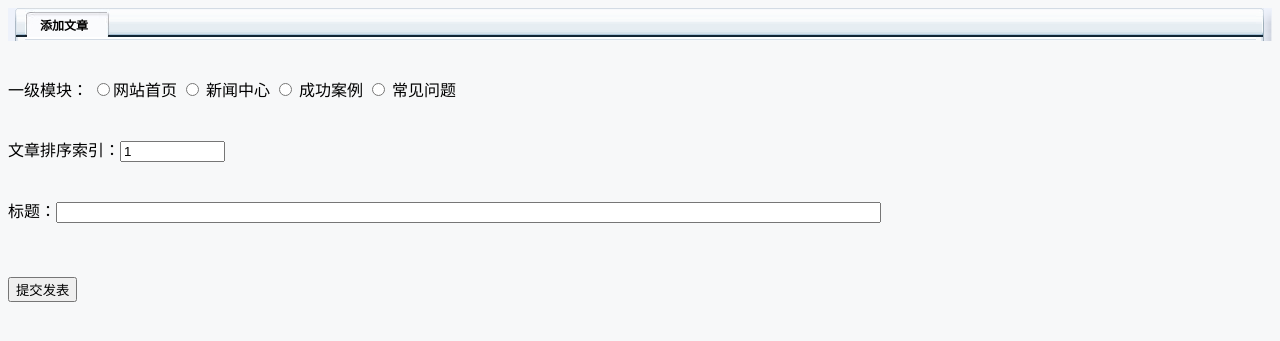
Repository: wzhcxw/shop
Page: ShopOnline/WebContent/admin/editor.html
An editor plug-in stored every save of this project. The page is shown before and after the next save, followed by the edit.
The browser window is 1280 px wide. The pictures show the whole page.

Above is the page before, as saved 2014-09-24 18:15:53.

### ShopOnline/WebContent/admin/editor.html
<!DOCTYPE html>
<!--
Copyright (c) 2003-2014, CKSource - Frederico Knabben. All rights reserved.
For licensing, see LICENSE.md or http://ckeditor.com/license
-->

<html>
<link href="../admin/images/skin.css" rel="stylesheet" type="text/css" />
<head>
	<meta charset="utf-8">
	<script src="../admin/js/ckeditor.js"></script>
	<script  src="../js/jquery-1.7.2.min.js"></script>
	<script  src="../js/jsbase64.js"></script>
	<script  src = "../js/json.js"></script>


	<script>
		var editor, html = '';
		function createEditor() {
			if ( editor ){
				return;
			}

			var config = {};
			editor = CKEDITOR.appendTo( 'editor', config, html );

		}

		var editor11 = CKEDITOR.instances.editor;

		function postss(){

			var seconduiid = $("input[name='seconduiid']:checked").val();

			var uiid = $("input[name='whichpage']:checked").val();
	        var titleValue =	document.getElementById("title").value;
	        var sortvalue =	document.getElementById("sort").value;
	        var base64 = new Base64();
	        var srccontent = base64.encode(editor.getData());
	        srccontent = srccontent.replace('+', '_');
	        srccontent = srccontent.replace('/', '-');

			var jsonStr = {seconduiid:seconduiid,sort:sortvalue,uiid:uiid,title:titleValue,content:srccontent};
			jsonStr = JSON.stringify(jsonStr);

		    $.post("./news/addnews.do",jsonStr,
		    function(data){
		      if(data.flag == "0"){
		      	alert(data.message);
		      }

		    });

		}

		function urlpser(url){
			alert("urlpser");
			var index = url.indexOf("?");
			alert(index);

			var jsonstr = url.substr(index);
			alert(jsonstr);

			var news = JSON.parse(jsonstr);
			alert(news.title);

		}

		function pase(){
			alert("pase");
			alert(this.localtion.href);
			urlpser(this.localtion.href);
		}

	</script>
</head>

<body bgcolor="#F7F8F9" id= mainbody onload ="createEditor()" >

<table width="100%" border="0" cellpadding="0" cellspacing="0">
  <tr>
    <td width="17" valign="top" background="../admin/images/mail_leftbg.gif"><img src="../admin/images/left-top-right.gif" width="17" height="29" /></td>
    <td valign="top" background="../admin/images/content-bg.gif"><table width="100%" height="31" border="0" cellpadding="0" cellspacing="0" class="left_topbg" id="table2">
      <tr>
        <td height="31"><div class="titlebt">添加文章</div></td>
      </tr>
    </table></td>
    <td width="16" valign="top" background="../admin/images/mail_rightbg.gif"><img src="../admin/images/nav-right-bg.gif" width="16" height="29" /></td>
</table>

 	<br>
	<br>
	一级模块：
	<input type="radio" onclick="writeSecondMod(this)" name="whichpage" value="home" />网站首页
	<input type="radio" onclick="writeSecondMod(this)" name="whichpage" value="news" /> 新闻中心
	<input type="radio" onclick="writeSecondMod(this)" name="whichpage" value="sucessexample" /> 成功案例
	<input type="radio" onclick="writeSecondMod(this)" name="whichpage" value="ofquestion" /> 常见问题
	<br/>

	<script type="text/javascript">

		function writeSecondMod(obj){
		if(obj.value == 'home')
   			document.getElementById("secondmod").innerHTML = '<body id = "secondemodd">二级模块：<input type="radio" name="seconduiid" value="newss" />新闻中心<input type="radio" name="seconduiid" value="sucessexamples" />成功案例</body>';
		else
			document.getElementById('secondmod').innerHTML = "";
		}
	</script>
	<div id="secondmod"> </div>
		<br/>
		文章排序索引：<input id="sort" value="1" size="10" type="text"><br>
	<br>
	<br/>
		标题：<input id="title" size="100" type="text"><br>
	<br>
	<br>
		<div id="editor">
		</div><br>
	<!-- This div will hold the editor. -->

		<button size="20" onclick="postss()" id="button">提交发表</button>
	<br>
	<br>
	<br>
	<br/>
	<br/>
	<br/>
	<br>
	<h1></h1>


</body>

</html>

### ShopOnline/WebContent/js/jsbase64.js
/**
 * base64 de   en,
 */

function Base64() {

    // private property
    _keyStr = "ABCDEFGHIJKLMNOPQRSTUVWXYZabcdefghijklmnopqrstuvwxyz0123456789+/=";

    // public method for encoding
    this.encode = function (input) {
        var output = "";
        var chr1, chr2, chr3, enc1, enc2, enc3, enc4;
        var i = 0;
        input = _utf8_encode(input);
        while (i < input.length) {
            chr1 = input.charCodeAt(i++);
            chr2 = input.charCodeAt(i++);
            chr3 = input.charCodeAt(i++);
            enc1 = chr1 >> 2;
            enc2 = ((chr1 & 3) << 4) | (chr2 >> 4);
            enc3 = ((chr2 & 15) << 2) | (chr3 >> 6);
            enc4 = chr3 & 63;
            if (isNaN(chr2)) {
                enc3 = enc4 = 64;
            } else if (isNaN(chr3)) {
                enc4 = 64;
            }
            output = output +
            _keyStr.charAt(enc1) + _keyStr.charAt(enc2) +
            _keyStr.charAt(enc3) + _keyStr.charAt(enc4);
        }

        return output;
    }

    // public method for decoding
    this.decode = function (input) {
        var output = "";
        var chr1, chr2, chr3;
        var enc1, enc2, enc3, enc4;
        var i = 0;
        input = input.replace(/[^A-Za-z0-9\+\/\=]/g, "");
        while (i < input.length) {
            enc1 = _keyStr.indexOf(input.charAt(i++));
            enc2 = _keyStr.indexOf(input.charAt(i++));
            enc3 = _keyStr.indexOf(input.charAt(i++));
            enc4 = _keyStr.indexOf(input.charAt(i++));
            chr1 = (enc1 << 2) | (enc2 >> 4);
            chr2 = ((enc2 & 15) << 4) | (enc3 >> 2);
            chr3 = ((enc3 & 3) << 6) | enc4;
            output = output + String.fromCharCode(chr1);
            if (enc3 != 64) {
                output = output + String.fromCharCode(chr2);
            }
            if (enc4 != 64) {
                output = output + String.fromCharCode(chr3);
            }
        }
        output = _utf8_decode(output);
        return output;
    }

    // private method for UTF-8 encoding
    _utf8_encode = function (string) {
        string = string.replace(/\r\n/g,"\n");
        var utftext = "";
        for (var n = 0; n < string.length; n++) {
            var c = string.charCodeAt(n);
            if (c < 128) {
                utftext += String.fromCharCode(c);
            } else if((c > 127) && (c < 2048)) {
                utftext += String.fromCharCode((c >> 6) | 192);
                utftext += String.fromCharCode((c & 63) | 128);
            } else {
                utftext += String.fromCharCode((c >> 12) | 224);
                utftext += String.fromCharCode(((c >> 6) & 63) | 128);
                utftext += String.fromCharCode((c & 63) | 128);
            }

        }
        return utftext;
    }

    // private method for UTF-8 decoding
    _utf8_decode = function (utftext) {
        var string = "";
        var i = 0;
        var c = c1 = c2 = 0;
        while ( i < utftext.length ) {
            c = utftext.charCodeAt(i);
            if (c < 128) {
                string += String.fromCharCode(c);
                i++;
            } else if((c > 191) && (c < 224)) {
                c2 = utftext.charCodeAt(i+1);
                string += String.fromCharCode(((c & 31) << 6) | (c2 & 63));
                i += 2;
            } else {
                c2 = utftext.charCodeAt(i+1);
                c3 = utftext.charCodeAt(i+2);
                string += String.fromCharCode(((c & 15) << 12) | ((c2 & 63) << 6) | (c3 & 63));
                i += 3;
            }
        }
        return string;
    }
}

### ShopOnline/WebContent/js/json.js
/**
 *
 */

/*
    json2.js
    2014-02-04

    Public Domain.

    NO WARRANTY EXPRESSED OR IMPLIED. USE AT YOUR OWN RISK.

    See http://www.JSON.org/js.html


    This code should be minified before deployment.
    See http://javascript.crockford.com/jsmin.html

    USE YOUR OWN COPY. IT IS EXTREMELY UNWISE TO LOAD CODE FROM SERVERS YOU DO
    NOT CONTROL.


    This file creates a global JSON object containing two methods: stringify
    and parse.

        JSON.stringify(value, replacer, space)
            value       any JavaScript value, usually an object or array.

            replacer    an optional parameter that determines how object
                        values are stringified for objects. It can be a
                        function or an array of strings.

            space       an optional parameter that specifies the indentation
                        of nested structures. If it is omitted, the text will
                        be packed without extra whitespace. If it is a number,
                        it will specify the number of spaces to indent at each
                        level. If it is a string (such as '\t' or '&nbsp;'),
                        it contains the characters used to indent at each level.

            This method produces a JSON text from a JavaScript value.

            When an object value is found, if the object contains a toJSON
            method, its toJSON method will be called and the result will be
            stringified. A toJSON method does not serialize: it returns the
            value represented by the name/value pair that should be serialized,
            or undefined if nothing should be serialized. The toJSON method
            will be passed the key associated with the value, and this will be
            bound to the value

            For example, this would serialize Dates as ISO strings.

                Date.prototype.toJSON = function (key) {
                    function f(n) {
                        // Format integers to have at least two digits.
                        return n < 10 ? '0' + n : n;
                    }

                    return this.getUTCFullYear()   + '-' +
                         f(this.getUTCMonth() + 1) + '-' +
                         f(this.getUTCDate())      + 'T' +
                         f(this.getUTCHours())     + ':' +
                         f(this.getUTCMinutes())   + ':' +
                         f(this.getUTCSeconds())   + 'Z';
                };

            You can provide an optional replacer method. It will be passed the
            key and value of each member, with this bound to the containing
            object. The value that is returned from your method will be
            serialized. If your method returns undefined, then the member will
            be excluded from the serialization.

            If the replacer parameter is an array of strings, then it will be
            used to select the members to be serialized. It filters the results
            such that only members with keys listed in the replacer array are
            stringified.

            Values that do not have JSON representations, such as undefined or
            functions, will not be serialized. Such values in objects will be
            dropped; in arrays they will be replaced with null. You can use
            a replacer function to replace those with JSON values.
            JSON.stringify(undefined) returns undefined.

            The optional space parameter produces a stringification of the
            value that is filled with line breaks and indentation to make it
            easier to read.

            If the space parameter is a non-empty string, then that string will
            be used for indentation. If the space parameter is a number, then
            the indentation will be that many spaces.

            Example:

            text = JSON.stringify(['e', {pluribus: 'unum'}]);
            // text is '["e",{"pluribus":"unum"}]'


            text = JSON.stringify(['e', {pluribus: 'unum'}], null, '\t');
            // text is '[\n\t"e",\n\t{\n\t\t"pluribus": "unum"\n\t}\n]'

            text = JSON.stringify([new Date()], function (key, value) {
                return this[key] instanceof Date ?
                    'Date(' + this[key] + ')' : value;
            });
            // text is '["Date(---current time---)"]'


        JSON.parse(text, reviver)
            This method parses a JSON text to produce an object or array.
            It can throw a SyntaxError exception.

            The optional reviver parameter is a function that can filter and
            transform the results. It receives each of the keys and values,
            and its return value is used instead of the original value.
            If it returns what it received, then the structure is not modified.
            If it returns undefined then the member is deleted.

            Example:

            // Parse the text. Values that look like ISO date strings will
            // be converted to Date objects.

            myData = JSON.parse(text, function (key, value) {
                var a;
                if (typeof value === 'string') {
                    a =
/^(\d{4})-(\d{2})-(\d{2})T(\d{2}):(\d{2}):(\d{2}(?:\.\d*)?)Z$/.exec(value);
                    if (a) {
                        return new Date(Date.UTC(+a[1], +a[2] - 1, +a[3], +a[4],
                            +a[5], +a[6]));
                    }
                }
                return value;
            });

            myData = JSON.parse('["Date(09/09/2001)"]', function (key, value) {
                var d;
                if (typeof value === 'string' &&
                        value.slice(0, 5) === 'Date(' &&
                        value.slice(-1) === ')') {
                    d = new Date(value.slice(5, -1));
                    if (d) {
                        return d;
                    }
                }
                return value;
            });


    This is a reference implementation. You are free to copy, modify, or
    redistribute.
*/

/*jslint evil: true, regexp: true */

/*members "", "\b", "\t", "\n", "\f", "\r", "\"", JSON, "\\", apply,
    call, charCodeAt, getUTCDate, getUTCFullYear, getUTCHours,
    getUTCMinutes, getUTCMonth, getUTCSeconds, hasOwnProperty, join,
    lastIndex, length, parse, prototype, push, replace, slice, stringify,
    test, toJSON, toString, valueOf
*/


// Create a JSON object only if one does not already exist. We create the
// methods in a closure to avoid creating global variables.

if (typeof JSON !== 'object') {
    JSON = {};
}

(function () {
    'use strict';

    function f(n) {
        // Format integers to have at least two digits.
        return n < 10 ? '0' + n : n;
    }

    if (typeof Date.prototype.toJSON !== 'function') {

        Date.prototype.toJSON = function () {

            return isFinite(this.valueOf())
                ? this.getUTCFullYear()     + '-' +
                    f(this.getUTCMonth() + 1) + '-' +
                    f(this.getUTCDate())      + 'T' +
                    f(this.getUTCHours())     + ':' +
                    f(this.getUTCMinutes())   + ':' +
                    f(this.getUTCSeconds())   + 'Z'
                : null;
        };

        String.prototype.toJSON      =
            Number.prototype.toJSON  =
            Boolean.prototype.toJSON = function () {
                return this.valueOf();
            };
    }

    var cx,
        escapable,
        gap,
        indent,
        meta,
        rep;


    function quote(string) {

// If the string contains no control characters, no quote characters, and no
// backslash characters, then we can safely slap some quotes around it.
// Otherwise we must also replace the offending characters with safe escape
// sequences.

        escapable.lastIndex = 0;
        return escapable.test(string) ? '"' + string.replace(escapable, function (a) {
            var c = meta[a];
            return typeof c === 'string'
                ? c
                : '\\u' + ('0000' + a.charCodeAt(0).toString(16)).slice(-4);
        }) + '"' : '"' + string + '"';
    }


    function str(key, holder) {

// Produce a string from holder[key].

        var i,          // The loop counter.
            k,          // The member key.
            v,          // The member value.
            length,
            mind = gap,
            partial,
            value = holder[key];

// If the value has a toJSON method, call it to obtain a replacement value.

        if (value && typeof value === 'object' &&
                typeof value.toJSON === 'function') {
            value = value.toJSON(key);
        }

// If we were called with a replacer function, then call the replacer to
// obtain a replacement value.

        if (typeof rep === 'function') {
            value = rep.call(holder, key, value);
        }

// What happens next depends on the value's type.

        switch (typeof value) {
        case 'string':
            return quote(value);

        case 'number':

// JSON numbers must be finite. Encode non-finite numbers as null.

            return isFinite(value) ? String(value) : 'null';

        case 'boolean':
        case 'null':

// If the value is a boolean or null, convert it to a string. Note:
// typeof null does not produce 'null'. The case is included here in
// the remote chance that this gets fixed someday.

            return String(value);

// If the type is 'object', we might be dealing with an object or an array or
// null.

        case 'object':

// Due to a specification blunder in ECMAScript, typeof null is 'object',
// so watch out for that case.

            if (!value) {
                return 'null';
            }

// Make an array to hold the partial results of stringifying this object value.

            gap += indent;
            partial = [];

// Is the value an array?

            if (Object.prototype.toString.apply(value) === '[object Array]') {

// The value is an array. Stringify every element. Use null as a placeholder
// for non-JSON values.

                length = value.length;
                for (i = 0; i < length; i += 1) {
                    partial[i] = str(i, value) || 'null';
                }

// Join all of the elements together, separated with commas, and wrap them in
// brackets.

                v = partial.length === 0
                    ? '[]'
                    : gap
                    ? '[\n' + gap + partial.join(',\n' + gap) + '\n' + mind + ']'
                    : '[' + partial.join(',') + ']';
                gap = mind;
                return v;
            }

// If the replacer is an array, use it to select the members to be stringified.

            if (rep && typeof rep === 'object') {
                length = rep.length;
                for (i = 0; i < length; i += 1) {
                    if (typeof rep[i] === 'string') {
                        k = rep[i];
                        v = str(k, value);
                        if (v) {
                            partial.push(quote(k) + (gap ? ': ' : ':') + v);
                        }
                    }
                }
            } else {

// Otherwise, iterate through all of the keys in the object.

                for (k in value) {
                    if (Object.prototype.hasOwnProperty.call(value, k)) {
                        v = str(k, value);
                        if (v) {
                            partial.push(quote(k) + (gap ? ': ' : ':') + v);
                        }
                    }
                }
            }

// Join all of the member texts together, separated with commas,
// and wrap them in braces.

            v = partial.length === 0
                ? '{}'
                : gap
                ? '{\n' + gap + partial.join(',\n' + gap) + '\n' + mind + '}'
                : '{' + partial.join(',') + '}';
            gap = mind;
            return v;
        }
    }

// If the JSON object does not yet have a stringify method, give it one.

    if (typeof JSON.stringify !== 'function') {
        escapable = /[\\\"\x00-\x1f\x7f-\x9f\u00ad\u0600-\u0604\u070f\u17b4\u17b5\u200c-\u200f\u2028-\u202f\u2060-\u206f\ufeff\ufff0-\uffff]/g;
        meta = {    // table of character substitutions
            '\b': '\\b',
            '\t': '\\t',
            '\n': '\\n',
            '\f': '\\f',
            '\r': '\\r',
            '"' : '\\"',
            '\\': '\\\\'
        };
        JSON.stringify = function (value, replacer, space) {

// The stringify method takes a value and an optional replacer, and an optional
// space parameter, and returns a JSON text. The replacer can be a function
// that can replace values, or an array of strings that will select the keys.
// A default replacer method can be provided. Use of the space parameter can
// produce text that is more easily readable.

            var i;
            gap = '';
            indent = '';

// If the space parameter is a number, make an indent string containing that
// many spaces.

            if (typeof space === 'number') {
                for (i = 0; i < space; i += 1) {
                    indent += ' ';
                }

// If the space parameter is a string, it will be used as the indent string.

            } else if (typeof space === 'string') {
                indent = space;
            }

// If there is a replacer, it must be a function or an array.
// Otherwise, throw an error.

            rep = replacer;
            if (replacer && typeof replacer !== 'function' &&
                    (typeof replacer !== 'object' ||
                    typeof replacer.length !== 'number')) {
                throw new Error('JSON.stringify');
            }

// Make a fake root object containing our value under the key of ''.
// Return the result of stringifying the value.

            return str('', {'': value});
        };
    }


// If the JSON object does not yet have a parse method, give it one.

    if (typeof JSON.parse !== 'function') {
        cx = /[\u0000\u00ad\u0600-\u0604\u070f\u17b4\u17b5\u200c-\u200f\u2028-\u202f\u2060-\u206f\ufeff\ufff0-\uffff]/g;
        JSON.parse = function (text, reviver) {

// The parse method takes a text and an optional reviver function, and returns
// a JavaScript value if the text is a valid JSON text.

            var j;

            function walk(holder, key) {

// The walk method is used to recursively walk the resulting structure so
// that modifications can be made.

                var k, v, value = holder[key];
                if (value && typeof value === 'object') {
                    for (k in value) {
                        if (Object.prototype.hasOwnProperty.call(value, k)) {
                            v = walk(value, k);
                            if (v !== undefined) {
                                value[k] = v;
                            } else {
                                delete value[k];
                            }
                        }
                    }
                }
                return reviver.call(holder, key, value);
            }


// Parsing happens in four stages. In the first stage, we replace certain
// Unicode characters with escape sequences. JavaScript handles many characters
// incorrectly, either silently deleting them, or treating them as line endings.

            text = String(text);
            cx.lastIndex = 0;
            if (cx.test(text)) {
                text = text.replace(cx, function (a) {
                    return '\\u' +
                        ('0000' + a.charCodeAt(0).toString(16)).slice(-4);
                });
            }

// In the second stage, we run the text against regular expressions that look
// for non-JSON patterns. We are especially concerned with '()' and 'new'
// because they can cause invocation, and '=' because it can cause mutation.
// But just to be safe, we want to reject all unexpected forms.

// We split the second stage into 4 regexp operations in order to work around
// crippling inefficiencies in IE's and Safari's regexp engines. First we
// replace the JSON backslash pairs with '@' (a non-JSON character). Second, we
// replace all simple value tokens with ']' characters. Third, we delete all
// open brackets that follow a colon or comma or that begin the text. Finally,
// we look to see that the remaining characters are only whitespace or ']' or
// ',' or ':' or '{' or '}'. If that is so, then the text is safe for eval.

            if (/^[\],:{}\s]*$/
                    .test(text.replace(/\\(?:["\\\/bfnrt]|u[0-9a-fA-F]{4})/g, '@')
                        .replace(/"[^"\\\n\r]*"|true|false|null|-?\d+(?:\.\d*)?(?:[eE][+\-]?\d+)?/g, ']')
                        .replace(/(?:^|:|,)(?:\s*\[)+/g, ''))) {

// In the third stage we use the eval function to compile the text into a
// JavaScript structure. The '{' operator is subject to a syntactic ambiguity
// in JavaScript: it can begin a block or an object literal. We wrap the text
// in parens to eliminate the ambiguity.

                j = eval('(' + text + ')');

// In the optional fourth stage, we recursively walk the new structure, passing
// each name/value pair to a reviver function for possible transformation.

                return typeof reviver === 'function'
                    ? walk({'': j}, '')
                    : j;
            }

// If the text is not JSON parseable, then a SyntaxError is thrown.

            throw new SyntaxError('JSON.parse');
        };
    }
}());

Loaded but not shown: ShopOnline/WebContent/admin/images/skin.css (common file); ShopOnline/WebContent/admin/js/ckeditor.js (library); ShopOnline/WebContent/js/jquery-1.7.2.min.js (library); ShopOnline/WebContent/admin/js/config.js (common file)

After the next save:
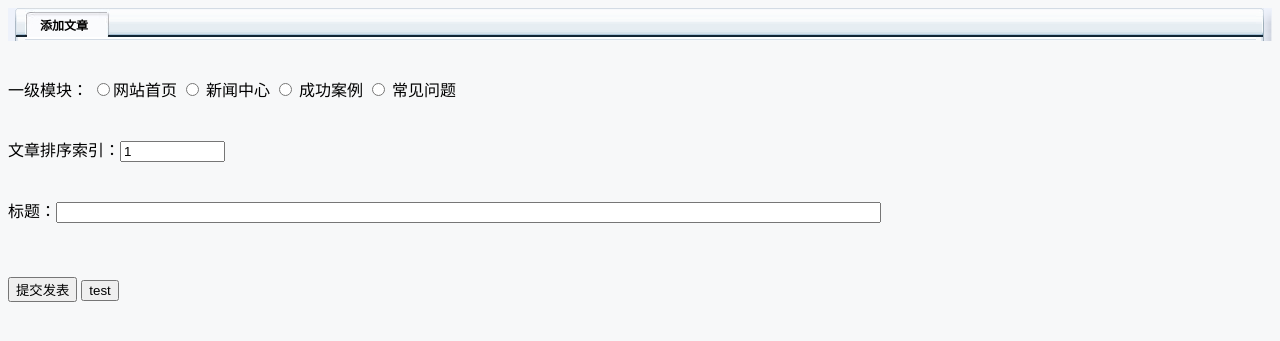
Saved 56 s later.
--- a/ShopOnline/WebContent/admin/editor.html
+++ b/ShopOnline/WebContent/admin/editor.html
@@ -119,6 +119,7 @@ For licensing, see LICENSE.md or http://ckeditor.com/license
 	<!-- This div will hold the editor. -->
 
 		<button size="20" onclick="postss()" id="button">提交发表</button>
+		<button size="20" onclick="pase()" id="button1">test</button>
 	<br>
 	<br>
 	<br>
